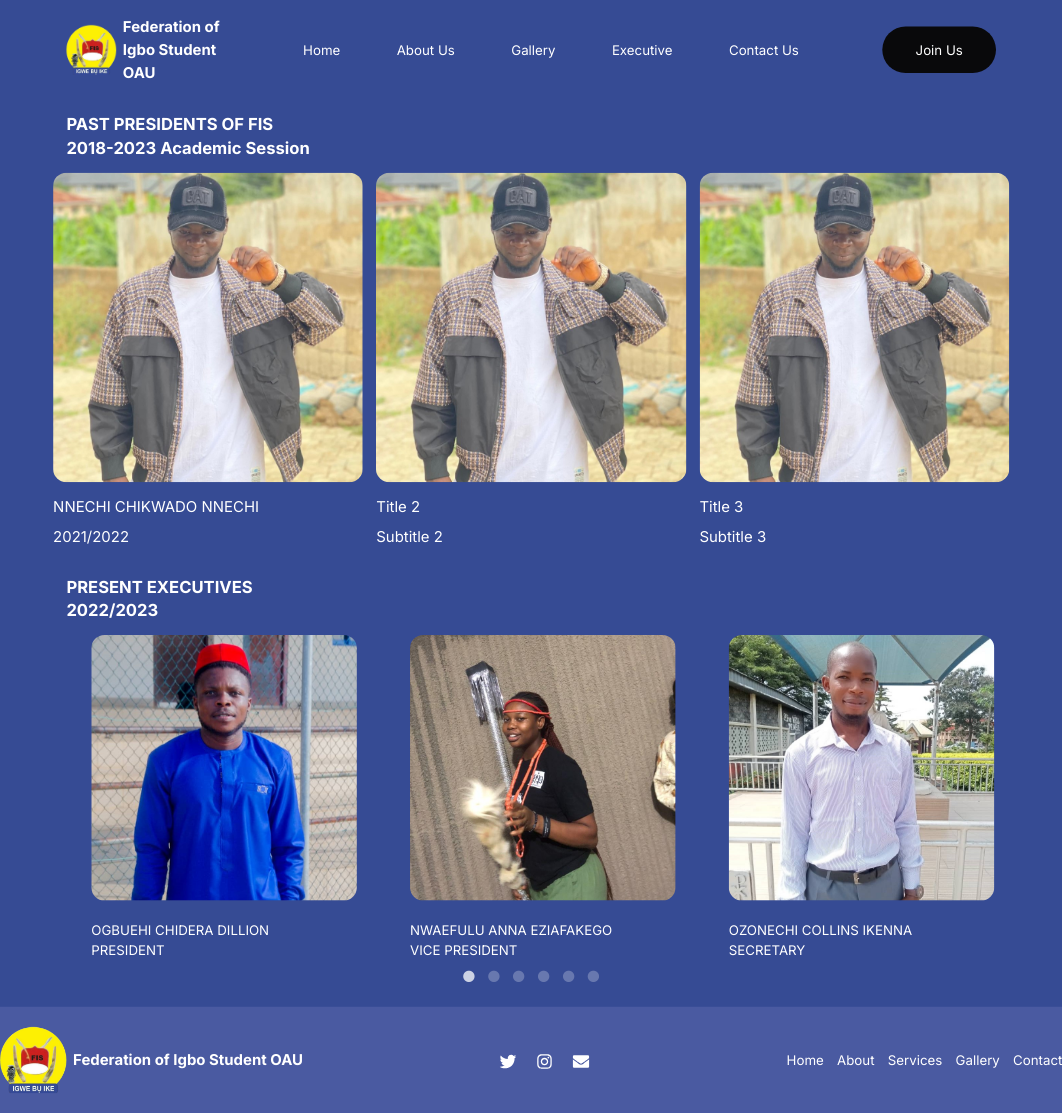
Repository: akinolapo/fis
Page: /executive
These files come from the project's save history. The page is drawn as it stood at one moment and after the next save; the edit follows.
The browser window is 1280 px wide. The pictures show the whole page, at 83% of full size.
The project was rebuilt for these pictures with package versions that can differ from the ones it lists, and the page was loaded fresh each time. The framework's server and built-in components were replaced by stand-ins that run in the browser. Also part of the build but not shown: next.config.mjs.

Above is the page before, as saved 2024-05-06 23:09:17.

### app/layout.tsx
import type { Metadata } from "next";
import { Inter } from "next/font/google";
import "./globals.css";
import Header from "./components/Header/Header";
import Head from "next/head";
import Footer from "./components/Footer/Footer";
import { NavMobile } from "./components/Header/MobileNav/NavMobile";



const inter = Inter({ subsets: ["latin"] });

export const metadata: Metadata = {
  title: "Federation of Igbo Student OAU",
  description: "Federation of Igbo Student OAU",
};

export default function RootLayout({
  children,
}: Readonly<{
  children: React.ReactNode;
}>) {
  return (
    <html lang="en">
       <Head>
        <meta charSet="utf-8" />
        <meta name="viewport" content="width=device-width, initial-scale=1" />
        <meta name="theme-color" content="#ffffff" />
        <link rel="manifest" href="/site.webmanifest" />
        <link rel="icon" href="/favicon.ico" />
        {/* Add any other meta tags you need */}
      </Head>
      <body className={inter.className}>
        <main className="px-6 lg:px-20">
        <Header/>
        <NavMobile/>
        {children}
        </main>
        <Footer/>
        </body>
    </html>
  );
}

### app/executive/page.tsx
import React from 'react'
import ThreeImagesWithTitles from '../components/ImageTitle/ThreeImagesWithTitles'
import Excos from '../components/Excos/Excos'

const page = () => {
  return (
    <div className='py-4'>
        <h3 className="font-bold text-xl mb-4">PAST PRESIDENTS OF FIS<br></br>2018-2023 Academic Session</h3>
        <ThreeImagesWithTitles/>
        <Excos/>
    </div>
  )
}

export default page

### app/globals.css
@tailwind base;
@tailwind components;
@tailwind utilities;z

*{
  margin: 0;
  padding: 0;
}

.bg-myDarkColor{
  background-color: #364B94;
}

.bg-myLightColor{
  background-color: #4A5AA1;
}

body {
  background: #364B94 !important;
  color: #ffffff !important;
}

footer{
  background: #4A5AA1 !important;
}

a {
  text-decoration: none !important;
  color: #ffffff !important;
}

footer a:hover{
  color: rgb(156 163 175);
}

@layer utilities {
  .text-balance {
    text-wrap: balance;
  }
}

### app/components/Header/Header.tsx
import Image from "next/image";

const Header = () => {
  return (
    <header className="hidden justify-between items-center py-4 text-white lg:flex">
      {/* Logo and Site Title */}
      <div className="flex items-center">
        <Image src="/logo.png" alt="Logo" width={60} height={60} className="mr-2"  />
        <h1 className="text-lg font-bold">Federation of <br></br>Igbo Student<br></br> OAU</h1>
      </div>

      {/* Menu */}
      <nav className="flex justify-center flex-grow">
        <ul className="flex gap-1">
          <a href="/"><li className="cursor-pointer hover:text-gray-400 p-8">Home</li></a>
          <a href="/about"><li className="cursor-pointer hover:text-gray-400 p-8">About Us</li></a>
          <a href="/gallery"><li className="cursor-pointer hover:text-gray-400 p-8">Gallery</li></a>
          <a href="/executive"><li className="cursor-pointer hover:text-gray-400 p-8">Executive</li></a>
          <a href="contact"><li className="cursor-pointer hover:text-gray-400 p-8">Contact Us</li></a>
        </ul>
      </nav>

      {/* Join Us Button */}
      <button className="rounded-full py-4 px-10 bg-zinc-950 hover:bg-black text-white">
        Join Us
      </button>
    </header>
  );
};

export default Header;

### app/components/Footer/Footer.tsx
// Footer.tsx

import { FaTwitter, FaInstagram, FaEnvelope } from "react-icons/fa";

const Footer = () => {
  return (
    <footer className="text-white py-6">
      <div className="container mx-auto flex flex-col md:flex-row justify-between items-center">
        {/* Left section with logo, site title, and contact info */}
        <div className="flex items-center mb-4 md:mb-0">
          <img src="/logo.png" alt="Logo" className="h-20 mr-2" />
          <div className="text-lg font-bold">Federation of Igbo Student OAU</div>
        </div>
        <div>
          {/* <h3>Contact Us</h3> */}
          <div className="flex flex-col">
            <div className="flex items-center mt-1">
              <a
                href="https://twitter.com/"
                target="_blank"
                rel="noopener noreferrer"
                className="mr-2 text-white bg-primary p-2 rounded-full"
              >
                <FaTwitter className="text-xl" />
              </a>
              <a
                href="https://www.instagram.com/"
                target="_blank"
                rel="noopener noreferrer"
                className="mr-2 text-white bg-primary p-2 rounded-full"
              >
                <FaInstagram className="text-xl" />
              </a>
              <a
                href="mailto:example@example.com"
                target="_blank"
                rel="noopener noreferrer"
                className="text-white bg-primary p-2 rounded-full"
              >
                <FaEnvelope className="text-xl" />
              </a>
            </div>
          </div>
        </div>

        {/* Right section with site menu items */}
        <div className="md:hidden mt-4">
          <ul className="flex flex-wrap justify-center">
            <li className="mr-4 mb-2">
              <a href="/">Home</a>
            </li>
            <li className="mr-4 mb-2">
              <a href="/about">About</a>
            </li>
            <li className="mr-4 mb-2">
              <a href="/gallery">Gallery</a>
            </li>
            <li className="mr-4 mb-2">
              <a href="executive">Excecutive</a>
            </li>
            <li className="mb-2">
              <a href="contact">Contact</a>
            </li>
          </ul>
        </div>
        {/* Right section with site menu items */}
        <div className="hidden md:block">
          <ul className="flex">
            <li className="mr-4">
              <a href="#">Home</a>
            </li>
            <li className="mr-4">
              <a href="#">About</a>
            </li>
            <li className="mr-4">
              <a href="#">Services</a>
            </li>
            <li className="mr-4">
              <a href="#">Gallery</a>
            </li>
            <li>
              <a href="#">Contact</a>
            </li>
          </ul>
        </div>
      </div>
    </footer>
  );
};

export default Footer;

### app/components/Header/MobileNav/NavMobile.tsx
'use client'

import { useClickAway } from "react-use";
import { useRef } from "react";
import { useState } from "react";
import { AnimatePresence, motion } from "framer-motion";
import { Squash as Hamburger } from "hamburger-react";
import { routes } from "./routes";
import Image from "next/image";

export const NavMobile = () => {
  const [isOpen, setOpen] = useState(false);
  const ref = useRef(null);

  useClickAway(ref, () => setOpen(false));

  return (
    <div ref={ref} className="flex items-center justify-between py-2 lg:hidden">
      <Image src="/logo.png" alt="Logo" width={60} height={60} className="mr-2"  />
      <Hamburger toggled={isOpen} size={20} toggle={setOpen} />
      <AnimatePresence>
        {isOpen && (
          <motion.div
            initial={{ opacity: 0 }}
            animate={{ opacity: 1 }}
            exit={{ opacity: 0 }}
            transition={{ duration: 0.2 }}
            className="fixed z-20 bg-myDarkColor left-0 shadow-4xl right-0 top-[4.5rem] p-4"
          >
            <ul className="grid gap-2">
              {routes.map((route, idx) => {

                return (
                  <motion.li
                    initial={{ scale: 0, opacity: 0 }}
                    animate={{ scale: 1, opacity: 1 }}
                    transition={{
                      type: "spring",
                      stiffness: 260,
                      damping: 20,
                      delay: 0.1 + idx / 10,
                    }}
                    key={route.title}
                    className="w-full p-[0.08rem] rounded-xl bg-primary "
                  >
                    <a
                      onClick={() => setOpen((prev) => !prev)}
                      className={
                        "flex items-center justify-between w-full p-3 rounded-xl bg-myLightColor text-white"
                      }
                      href={route.href}
                    >
                      <span className="flex gap-1 text-lg">{route.title}</span>
                    </a>
                  </motion.li>
                );
              })}
            </ul>
          </motion.div>
        )}
      </AnimatePresence>
    </div>
  );
};

### app/components/ImageTitle/ThreeImagesWithTitles.tsx

import ImageWithTitle from './ImageWithTitle';

const ThreeImagesWithTitles: React.FC = () => {
  return (
    <div className="container mx-auto pb-8">
      <div className="flex gap-4 flex-col md:flex-row md:-mx-4">
        <ImageWithTitle
          imageSrc="/images/exc1.jpeg"
          title="NNECHI CHIKWADO NNECHI "
          subtitle="2021/2022"
        />
        <ImageWithTitle
          imageSrc="/images/exc1.jpeg"
          title="Title 2"
          subtitle="Subtitle 2"
        />
        <ImageWithTitle
          imageSrc="/images/exc1.jpeg"
          title="Title 3"
          subtitle="Subtitle 3"
        />
      </div>
    </div>
  );
};

export default ThreeImagesWithTitles;

### app/components/Excos/Excos.tsx
import React from 'react'
import Members from '../Slider/Members'

const Excos = () => {
  return (
    <div>
        <h3 className="font-bold text-xl mb-4">PRESENT EXECUTIVES<br></br> 2022/2023</h3>
        <Members/>
    </div>
  )
}

export default Excos

### app/components/Header/MobileNav/routes.ts
export const routes = [
    {
      title: "Home",
      href: "/",
    },
    {
      title: "About Us",
      href: "/about",
    },
    {
      title: "Gallery",
      href: "gallery",
    },
    {
      title: "Executive",
      href: "executive",
    },
    {
      title: "Contact Us",
      href: "contact",
    },
    {
      title: "Join Us",
      href: "#",
    },
  ];

### app/components/ImageTitle/ImageWithTitle.tsx
import Image from 'next/image';
import React from 'react';

interface ImageWithTitleProps {
  imageSrc: string;
  title: string;
  subtitle: string;
}

const ImageWithTitle: React.FC<ImageWithTitleProps> = ({ imageSrc, title, subtitle }) => {
  return (
    <div className="mb-">
      <Image src={imageSrc} alt={title} className="w-full h-auto mb-4 rounded-2xl" width={320} height={320} />
      <p className="text-lg mb-2">{title}</p>
      <p className="text-lg">{subtitle}</p>
    </div>
  );
};

export default ImageWithTitle;

### app/components/Slider/Members.tsx
'use client'

import React from 'react';
import Slider from 'react-slick';
import 'slick-carousel/slick/slick.css';
import 'slick-carousel/slick/slick-theme.css';

import './members.css'
import Image from 'next/image';

// Sample data for members
const membersData = [
  { id: 1, name: 'OGBUEHI CHIDERA DILLION', position: 'PRESIDENT', image: '/images/member1.jpg' },
  { id: 2, name: 'NWAEFULU ANNA EZIAFAKEGO', position: 'VICE PRESIDENT', image: '/images/member2.jpg' },
  { id: 3, name: 'OZONECHI COLLINS IKENNA', position: 'SECRETARY', image: '/images/member3.jpg' },
  { id: 4, name: 'UGWUEKE DANIEL IGWEBUIKE', position: 'FINANCIAL SECRETARY', image: '/images/member4.jpg' },
  { id: 5, name: 'OGONNAYA KELVIN', position: 'DIRECTOR OF SOCIALS ', image: '/images/member5.jpg' },
  { id: 6, name: 'UCHE U. DEBORAH', position: 'PUBLIC RELATIONS OFFICER', image: '/images/member6.jpg' },
  // Add more members here
];

const Members = () => {
  const settings = {
    dots: true,
    infinite: true,
    speed: 500,
    slidesToShow: 3, // Show 3 members at a time on desktop
    slidesToScroll: 1,
    arrows: false, // Hide arrow navigation
    responsive: [
      {
        breakpoint: 1024, // Tablet
        settings: {
          slidesToShow: 2, // Show 2 members at a time on tablet
        },
      },
      {
        breakpoint: 600, // Mobile
        settings: {
          slidesToShow: 1, // Show 1 member at a time on mobile
        },
      },
    ],
  };

  return (
    <div className='relative'>
      <Slider {...settings}>
        {membersData.map((member) => (
          <div key={member.id} className='mb-10'>
            <Image src={member.image} alt={member.name} width={320} height={320} className='rounded-2xl mb-6' />
            <h5>{member.name}</h5>
            <p>{member.position}</p>
          </div>
        ))}
      </Slider>
    </div>
  );
};

export default Members;

### app/components/Slider/members.css
  /* members.css */

/* Override default slider styles */
.slick-slider {
    width: 100%; /* Ensure the slider spans the full width of its container */
  }

  .slick-list {
    overflow: hidden; /* Hide overflow to prevent slider from extending beyond its container */
  }

  .slick-track {
    display: flex !important; /* Ensure the track uses flexbox layout */
  }

  .slick-slide {
    flex: 0 0 auto; /* Prevent slides from growing or shrinking */
    margin-right: 10px; /* Adjust the gap size between slides */
  }

  .slick-dots {
    position: absolute; /* Position the dots container absolutely */
    bottom: 10px; /* Adjust the vertical position as needed */
    left: 50%; /* Center the dots horizontally */
    transform: translateX(-50%); /* Center the dots horizontally */
    z-index: 1; /* Ensure dots are above the slides */
  }

  .slick-dots li {
    display: inline-block; /* Display dots horizontally */
  }

  .slick-dots li button:before {
    color: white !important; /* Change bullet dot color to white */
    font-size: 16px;
  }

  /* Adjust Image component styling */
  .Image {
    display: block;
    width: 100%;
    height: auto;
  }

Loaded but not shown: tailwind.config.ts (common file)

After the next save:
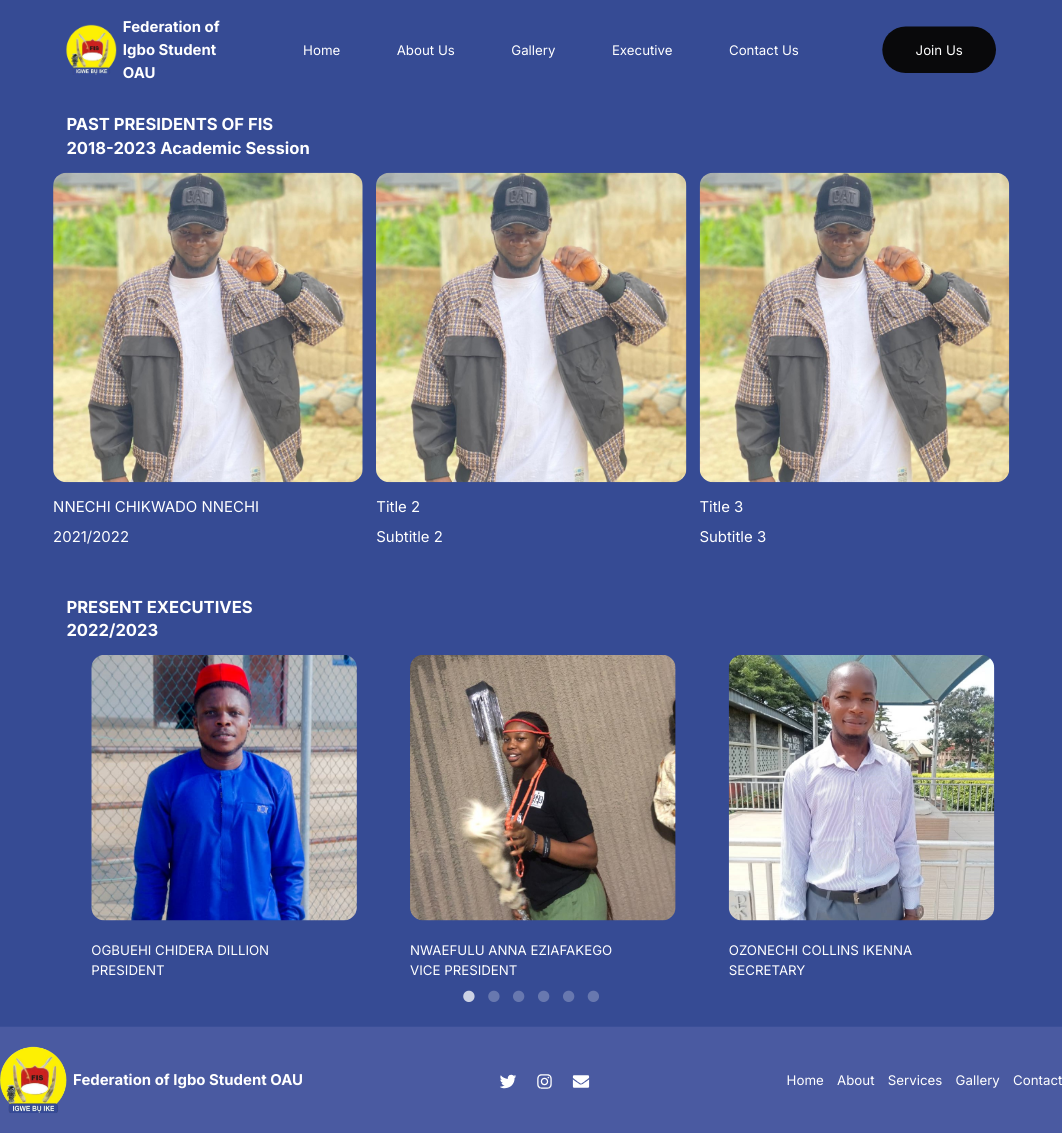
Saved 4 s later.
--- a/app/components/ImageTitle/ImageWithTitle.tsx
+++ b/app/components/ImageTitle/ImageWithTitle.tsx
@@ -9,7 +9,7 @@ interface ImageWithTitleProps {
 
 const ImageWithTitle: React.FC<ImageWithTitleProps> = ({ imageSrc, title, subtitle }) => {
   return (
-    <div className="mb-">
+    <div className="mb-6">
       <Image src={imageSrc} alt={title} className="w-full h-auto mb-4 rounded-2xl" width={320} height={320} />
       <p className="text-lg mb-2">{title}</p>
       <p className="text-lg">{subtitle}</p>
